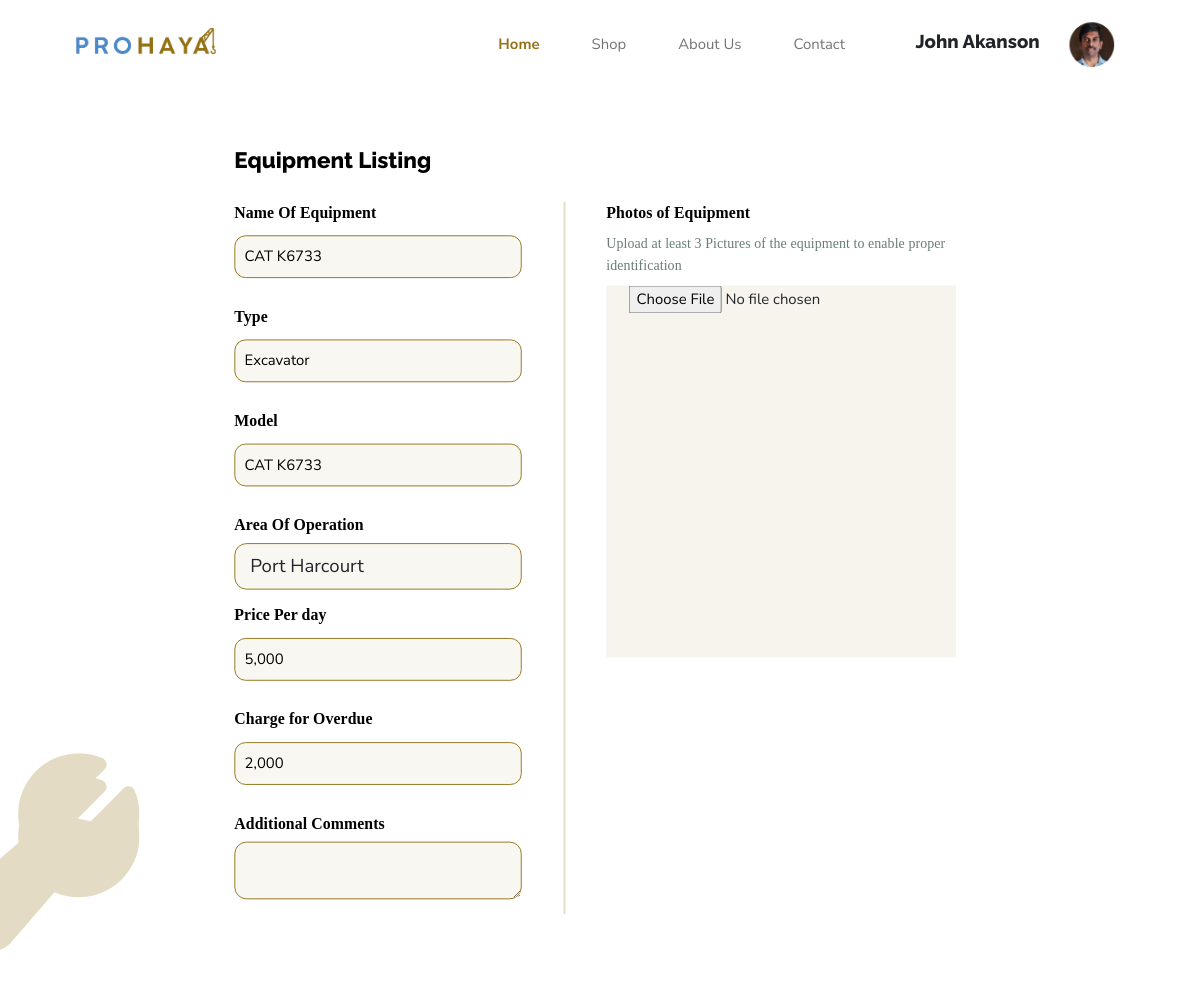
Repository: stormcelltech/Prohaya-UI
Page: Prohaya-UI/equipment_listing.html
These files come from the project's save history. The page is drawn as it stood at one moment and after the next save; the edit follows.
The browser window is 1280 px wide. The pictures show the whole page, at 93% of full size.
Some web libraries are served in a nearby version.

Above is the page before, as saved 2022-04-14 05:09:56.
Console error: TypeError: $(...).owlCarousel is not a function

After the next save:
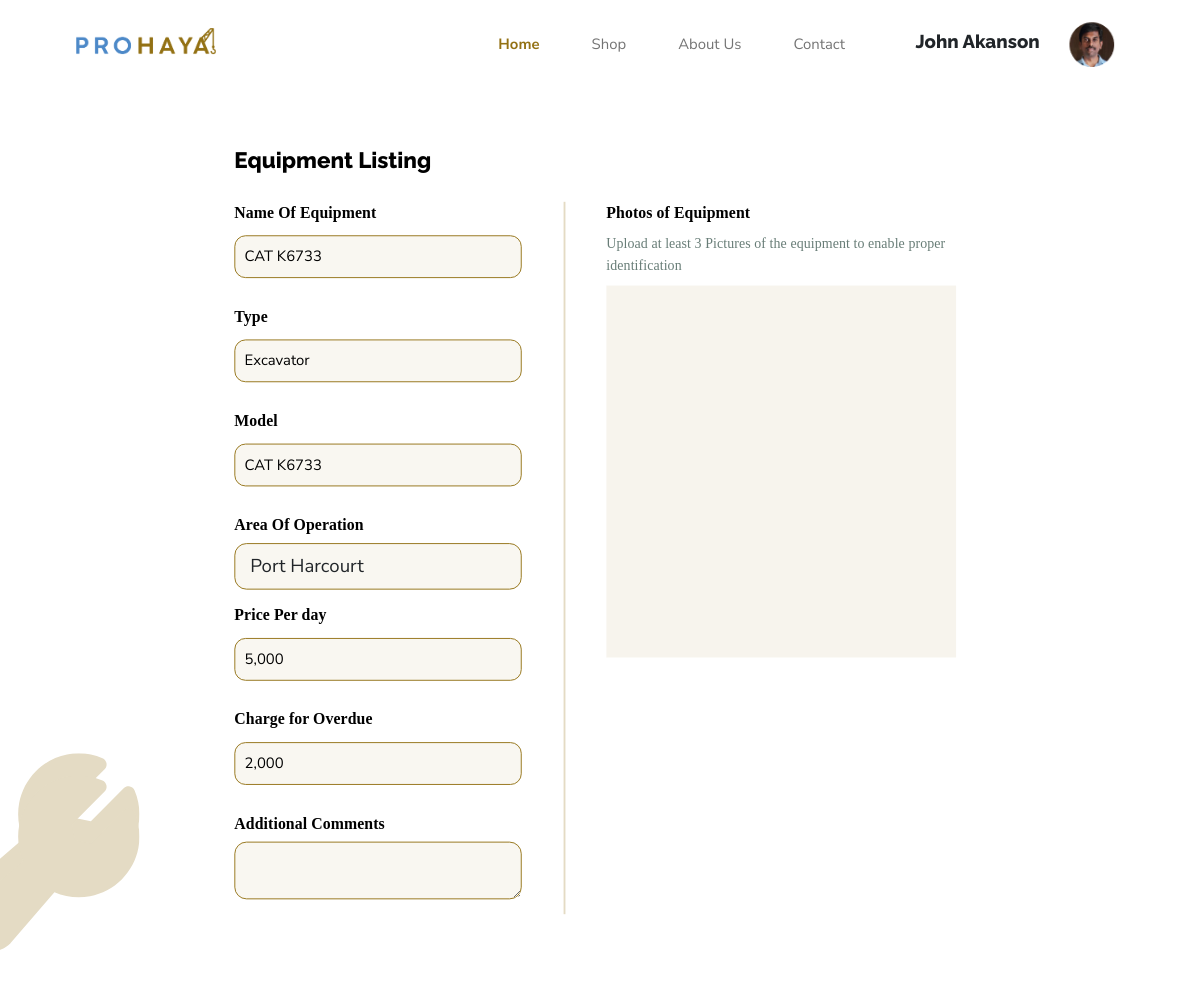
Saved 14 s later.
--- a/Prohaya-UI/equipment_listing.html
+++ b/Prohaya-UI/equipment_listing.html
@@ -110,7 +110,7 @@
                             <strong class="custom_photo_section">Photos of Equipment</strong>
                             <p class="custom-upload">Upload at least 3 Pictures of the equipment to enable proper identification</p>
                             <div class="custom-image-upload">
-                                <input type="file">
+                                <!-- <input type="file"> -->
                                 <input type="file" class="uploadFile img" value="Upload Photo" style="width: 0px;height: 0px;overflow: hidden;">
                             </div>
                         </div>
